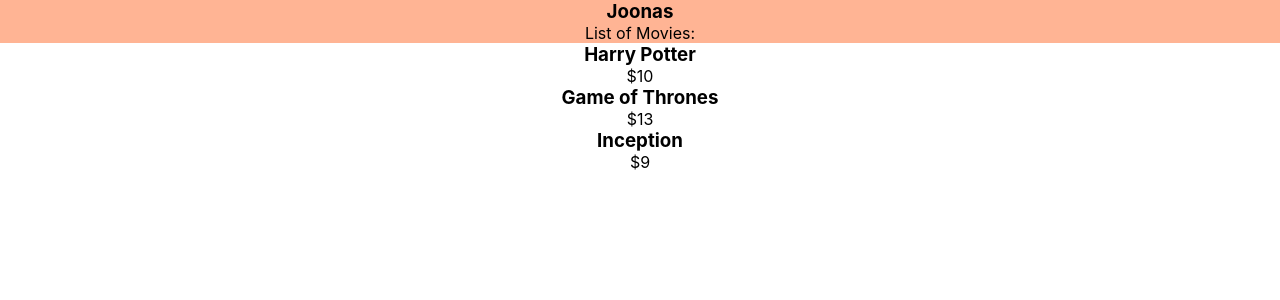
Repository: SubmergedSnake/react-usecontext
Page: /
An editor plug-in stored every save of this project. The page is shown before and after the next save, followed by the edit.
The browser window is 1280 px wide. The pictures show the whole page.
The project was rebuilt for these pictures with package versions that can differ from the ones it lists, and the page was loaded fresh each time.

Above is the page before, as saved 2020-11-21 18:51:44.

### src/App.js
import logo from './logo.svg';
import './App.css';
import MovieList from './MovieList';
import Nav from './Nav';
import {MovieProvider} from './MovieContext';

function App() {
  return (
    <MovieProvider>
    <div className="App">
      <Nav />
      <MovieList />
    </div>
    </MovieProvider>
  );
}

export default App;

### src/MovieList.js
import React, { useState, useContext} from 'react';
import Movie from './Movie';
import {MovieContext} from './MovieContext';

const listStyle = {
}

const MovieList = () => {
const [movies, setMovies] = useContext(MovieContext);
    return (
        <div style={listStyle}>
            {movies.map(movie => (
                <Movie
                name={movie.name}
                price={movie.price}
                key={movie.id}
            />
            ))}
        </div>
    );

}

export default MovieList;

### src/Nav.js
import React from 'react';

const navStyle = {
    background: '#FFB494',
  };


const Nav = ({name, price}) => {
    return(
        <div style={navStyle}>
            <h3>Joonas</h3>
    <p>List of Movies: </p>
        </div>
    )
}

export default Nav;

### src/MovieContext.js
import React, { useState, createContext } from 'react';

export const MovieContext = createContext();

export const MovieProvider = props => {
    const [movies, setMovies] = useState([
        {
            name: 'Harry Potter',
            price: '$10',
            id: 23124
        },
        {
            name: 'Game of Thrones',
            price: '$13',
            id: 223324
        },
        {
            name: 'Inception',
            price: '$9',
            id: 2312474
        }
    ]);

    return (
        <MovieContext.Provider value={[movies, setMovies]}>
            {props.children}
        </MovieContext.Provider>
    );
}

### src/Movie.js
import React from 'react';

const Movie = ({name, price}) => {
    return(
        <div>
            <h3>{name}</h3>
    <p>{price}</p>
        </div>
    )
}

export default Movie;

Loaded but not shown: public/index.html (common file); src/index.js (common file); src/index.css (common file); src/reportWebVitals.js (common file); src/App.css (common file)

After the next save:
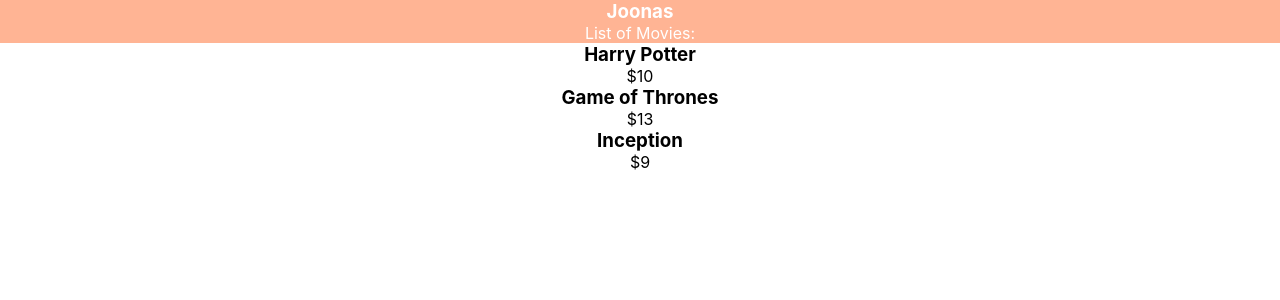
Saved 29 s later.
--- a/src/Nav.js
+++ b/src/Nav.js
@@ -2,6 +2,7 @@
 
 const navStyle = {
     background: '#FFB494',
+    color: 'white'
   };
 
 
